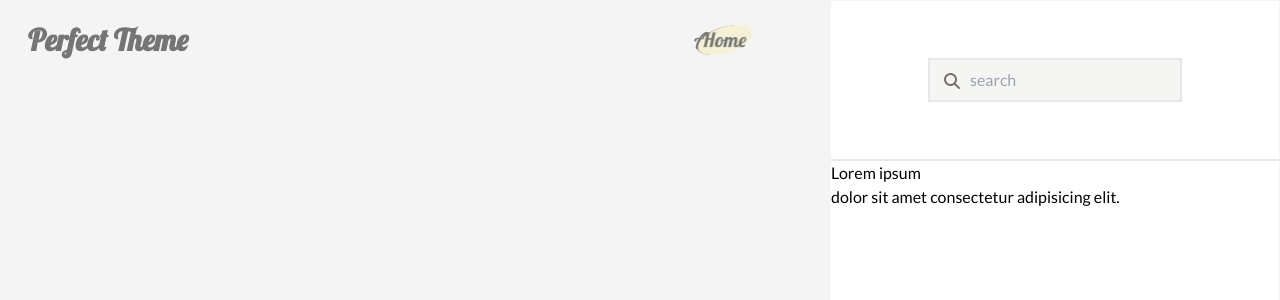
Repository: hsumyatm7308/laravel-blog
Page: blogweb/resources/views/blog/headerlayout.html
These files come from the project's save history. The page is drawn as it stood at one moment and after the next save; the edit follows.
The browser window is 1280 px wide. The pictures show the whole page.
Some web libraries are served in a nearby version.

Above is the page before, as saved 2023-09-04 19:15:08.

After the next save:
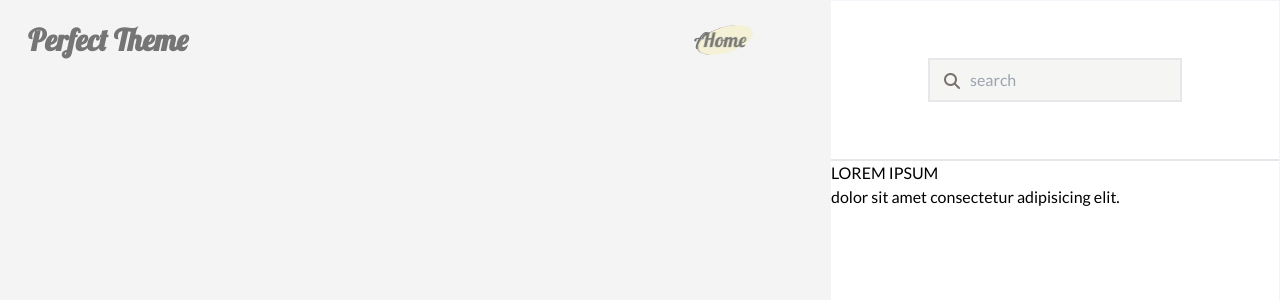
Saved 12 s later.
--- a/blogweb/resources/views/blog/headerlayout.html
+++ b/blogweb/resources/views/blog/headerlayout.html
@@ -144,7 +144,7 @@
             <div>
                 <div>
                     <li class="list-none">
-                        <a href="">Lorem ipsum</a>
+                        <a href="" class="uppercase">Lorem ipsum</a>
                         <p>dolor sit amet consectetur adipisicing elit.</p>
 
                     </li>
